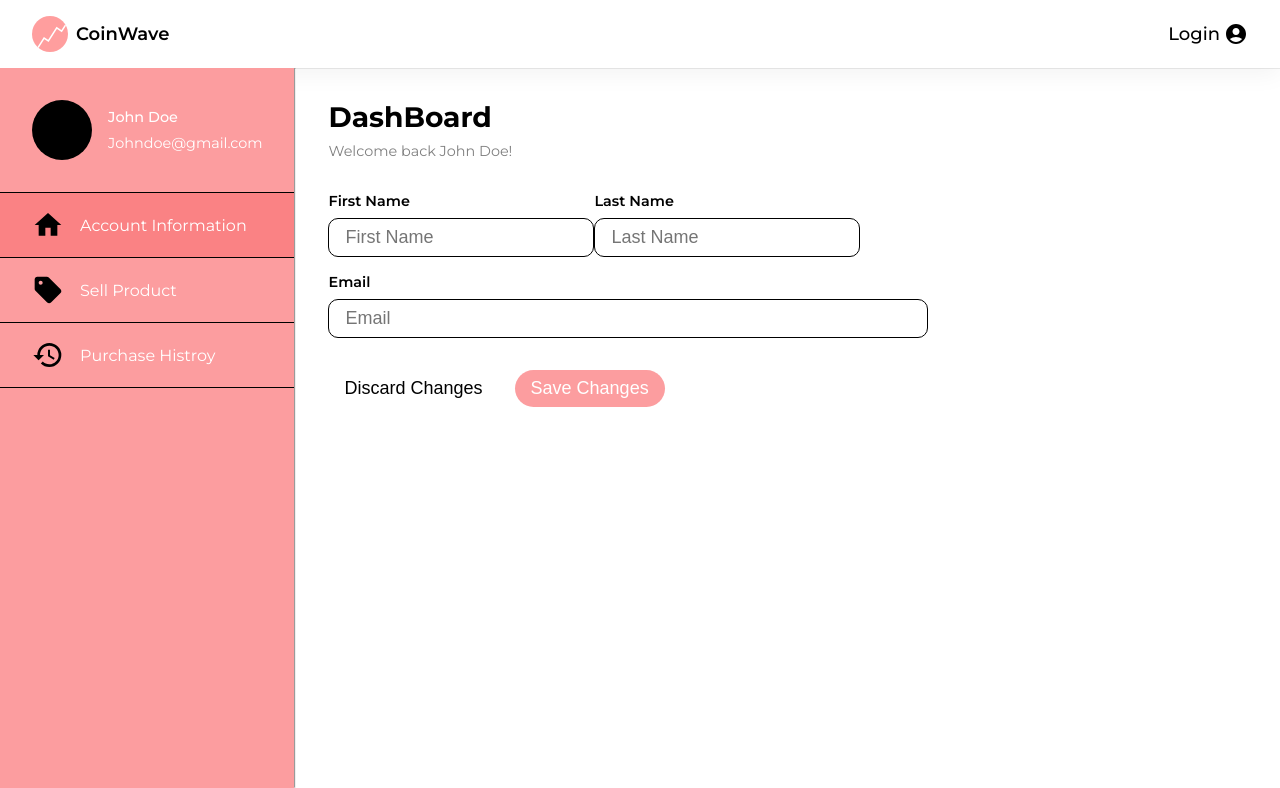
Repository: David-Waite/CoinWave
Page: /account
These files come from the project's save history. The page is drawn as it stood at one moment and after the next save; the edit follows.
The browser window is 1280 px wide. The pictures show the whole page.
The project was rebuilt for these pictures with package versions that can differ from the ones it lists, and the page was loaded fresh each time. The framework's server and built-in components were replaced by stand-ins that run in the browser. Also part of the build but not shown: next.config.js, app/components/account/SellProduct/SellProduct.js, app/components/account/PurchaseHistory/PurchaseHistory.js.

Above is the page before, as saved 2023-08-16 11:22:50.

### app/layout.js
import Nav from "./components/Nav/Nav";
import "./globals.css";
import { Montserrat } from "next/font/google";

const montserrat = Montserrat({ subsets: ["latin"] });

export const metadata = {
  title: "Coin Wave",
  description: "Generated by create next app",
};

export default function RootLayout({ children }) {
  return (
    <html lang="en">
      <body className={montserrat.className}>
        <Nav />
        {children}
      </body>
    </html>
  );
}

### app/account/page.js
"use client";
import styles from "./account.module.css";
import { useState } from "react";
import AccountMenu from "../components/account/AccountMenu/AccountMenu";
import AccountInformation from "../components/account/AccountInfomation/AccountInfomation";
import SellProduct from "../components/account/SellProduct/SellProduct";
import PurchaseHistroy from "../components/account/PurchaseHistory/PurchaseHistory";

export default function Account() {
  const [selected, setSelected] = useState({
    accountInformation: true,
    sellProduct: false,
    purchaseHistroy: false,
  });

  function handleMenuSelect(select) {
    setSelected({
      accountInformation: select === "accountInformation",
      sellProduct: select === "sellProduct",
      purchaseHistroy: select === "purchaseHistroy",
    });
  }

  return (
    <div className={styles.main}>
      <AccountMenu selected={selected} onClick={handleMenuSelect} />

      <hr />
      <main>
        {selected.accountInformation && <AccountInformation />}
        {selected.sellProduct && <SellProduct />}
        {selected.purchaseHistroy && <PurchaseHistroy />}
      </main>
    </div>
  );
}

### app/components/Nav/Nav.js
import styles from "./nav.module.css";
import Link from "next/link";
import { MdAccountCircle } from "react-icons/md";
export default function Nav() {
  return (
    <nav className={styles.main}>
      <Link className={styles.homeLink} href="/">
        <svg
          width="36"
          height="36"
          viewBox="0 0 36 36"
          fill="none"
          xmlns="http://www.w3.org/2000/svg"
        >
          <circle cx="18" cy="18" r="18" fill="#FF9E9E" />
          <mask
            id="mask0_7_9"
            style={{ maskType: "alpha" }}
            maskUnits="userSpaceOnUse"
            x="0"
            y="0"
            width="36"
            height="36"
          >
            <path
              d="M36 18C36 27.9411 27.9411 36 18 36C8.05887 36 0 27.9411 0 18C0 8.05887 8.05887 0 18 0C27.9411 0 36 8.05887 36 18Z"
              fill="#FF9E9E"
            />
          </mask>
          <g mask="url(#mask0_7_9)">
            <path
              d="M2.13416 37.6684L12.0865 22.0755L16.3706 24.9865L24.7305 11.8885L29.6267 15.2153L36.3942 4.61218"
              stroke="white"
              stroke-width="1.5"
            />
          </g>
        </svg>
        CoinWave
      </Link>
      <Link className={styles.loginLink} href="/login">
        Login <MdAccountCircle size={24} />
      </Link>
    </nav>
  );
}

### app/globals.css
:root {
  --primary: #fc9d9f;
}

* {
  margin: 0;
  padding: 0;
}

### app/components/account/AccountMenu/AccountMenu.js
import styles from "./accountMenu.module.css";
import { MdHistory, MdHome, MdSell } from "react-icons/md";
export default function AccountMenu(props) {
  function handleClick(select) {
    props.onClick(select);
  }

  const selectedP = {
    backgroundColor: "#fa8284",
  };

  return (
    <div className={styles.container}>
      <div className={styles.infoOverView}>
        <div className={styles.photo}></div>
        <div className={styles.overViewTextContainer}>
          <p className={styles.fullNameOverView}>John Doe</p>
          <p className={styles.emailOverView}>Johndoe@gmail.com</p>
        </div>
      </div>

      <div
        onClick={() => handleClick("accountInformation")}
        className={styles.linkContainer}
        style={Object.assign(props.selected.accountInformation && selectedP)}
      >
        <MdHome className={styles.menuIcons} />
        <p>Account Information</p>
      </div>

      <div
        onClick={() => handleClick("sellProduct")}
        className={styles.linkContainer}
        style={Object.assign(props.selected.sellProduct && selectedP)}
      >
        <MdSell className={styles.menuIcons} />
        <p>Sell Product</p>
      </div>

      <div
        onClick={() => handleClick("purchaseHistroy")}
        className={`${styles.linkContainer} ${styles.linkContainerBottom}`}
        style={Object.assign(props.selected.purchaseHistroy && selectedP)}
      >
        <MdHistory className={styles.menuIcons} />
        <p>Purchase Histroy</p>
      </div>
    </div>
  );
}

### app/components/account/AccountInfomation/AccountInfomation.js
"use client";
import styles from "./accountInformation.module.css";
import { useState } from "react";
import { useRouter } from "next/navigation";
import { MdSecurityUpdate } from "react-icons/md";

export default function AccountInformation() {
  const [formData, setFormData] = useState({
    firstName: "",
    lastNameName: "",
    email: "",
  });

  const router = useRouter();

  function handleChange(event) {
    const { type, name, value, checked } = event.target;
    setFormData((prevFormData) => {
      return {
        ...prevFormData,
        [name]: type === "checkbox" ? checked : value,
      };
    });
  }

  function handleSubmit(event) {
    event.preventDefault();

    router.push("/account");
  }

  return (
    <main className={styles.main}>
      <form onSubmit={handleSubmit}>
        <h1 className={styles.title}>DashBoard</h1>
        <p className={styles.welcomeText}>Welcome back {"John Doe"}!</p>

        <div className={styles.form}>
          <div className={styles.nameContainer}>
            <div className={styles.inputContainer}>
              <label className={styles.firstNameLable} htmlFor="firstName">
                First Name
              </label>
              <input
                className={styles.firstName}
                type="text"
                placeholder="First Name"
                onChange={handleChange}
                name="firstName"
                value={formData.firstName}
              />
            </div>
            <div className={styles.inputContainer}>
              <label className={styles.lastNameLable} htmlFor="lastName">
                Last Name
              </label>
              <input
                className={styles.firstName}
                type="text"
                placeholder="Last Name"
                onChange={handleChange}
                name="lastName"
                value={formData.lastName}
              />
            </div>
          </div>

          <div className={styles.inputContainer}>
            <label className={styles.emailLable} htmlFor="email">
              Email
            </label>
            <input
              className={styles.email}
              type="email"
              placeholder="Email"
              onChange={handleChange}
              name="email"
              value={formData.email}
            />
          </div>
        </div>
        <div className={styles.buttonContainer}>
          <button className={styles.discardChanges}>Discard Changes</button>
          <button className={styles.saveChanges}>Save Changes</button>
        </div>
      </form>
    </main>
  );
}

### app/components/Nav/nav.module.css
.main {
  display: flex;
  align-items: center;
  justify-content: space-between;
  padding: 16px 60px;
  box-shadow: rgba(0, 0, 0, 0.05) 0px 6px 24px 0px,
    rgba(0, 0, 0, 0.08) 0px 0px 0px 1px;
}

.homeLink {
  display: flex;
  align-items: center;
  gap: 8px;
  text-decoration: none;
  font-size: 18px;
  color: black;
  font-weight: 600;
}

.loginLink {
  display: flex;
  align-items: center;
  gap: 4px;
  font-size: 18px;
  text-decoration: none;
  color: black;
  font-weight: 500;
}

@media (max-width: 1600px) {
  .main {
    padding: 16px 32px;
  }
}
@media (max-width: 778px) {
  .main {
    padding: 16px;
  }
  .loginLink,
  .homeLink {
    font-size: 16px;
  }
}

### app/components/account/AccountMenu/accountMenu.module.css
.container {
  background-color: var(--primary);

  height: 100vh;
}

.infoOverView {
  display: flex;
  align-items: center;
  gap: 16px;

  padding: 32px;
}

.fullNameOverView {
  color: white;
  font-size: 14.4px;
  font-weight: 500;
}

.emailOverView {
  color: white;
  font-size: 14.4px;
}

.overViewTextContainer {
  display: flex;
  flex-direction: column;
  gap: 8px;
}

.linkContainer {
  padding: 16px 0;
  display: flex;
  align-items: center;
  gap: 16px;
  padding-left: 32px;
  border-top: 1px solid black;
  cursor: pointer;
}
.linkContainer:hover {
  background-color: #fa8284;
}

.menuIcons {
  font-size: 32px;
}

.linkContainerBottom {
  border-bottom: 1px solid black;
}

.linkContainer p {
  color: white;
}

.photo {
  width: 60px;
  height: 60px;
  background-color: black;
  border-radius: 50%;
}

### app/components/account/AccountInfomation/accountInformation.module.css
.main {
  padding: 32px;
  width: 600px;
}

.title {
  font-size: 28.13px;
}

.welcomeText {
  font-size: 14.4px;
  color: grey;
  margin-top: 8px;
}

.firstNameLable,
.lastNameLable,
.emailLable {
  font-size: 14.4px;
  font-weight: 600;
}

.firstName,
.lastName,
.email {
  border: 1px solid black;
  padding: 8px 16px;
  font-size: 18px;
  border-radius: 10px;
}

.form {
  padding: 32px 0;
  display: flex;
  flex-direction: column;
  gap: 16px;
}

.inputContainer {
  display: flex;
  flex-direction: column;
  gap: 8px;
}

.buttonContainer {
  display: flex;
  gap: 16px;
}
.discardChanges,
.saveChanges {
  cursor: pointer;
  border: none;
  padding: 8px 16px;
  border-radius: 50px;
  font-size: 18px;
}

.discardChanges {
  color: black;
  background-color: transparent;
}
.nameContainer {
  display: flex;
}

.saveChanges {
  background-color: var(--primary);
  color: white;
}

Loaded but not shown: app/account/account.module.css (common file)

After the next save:
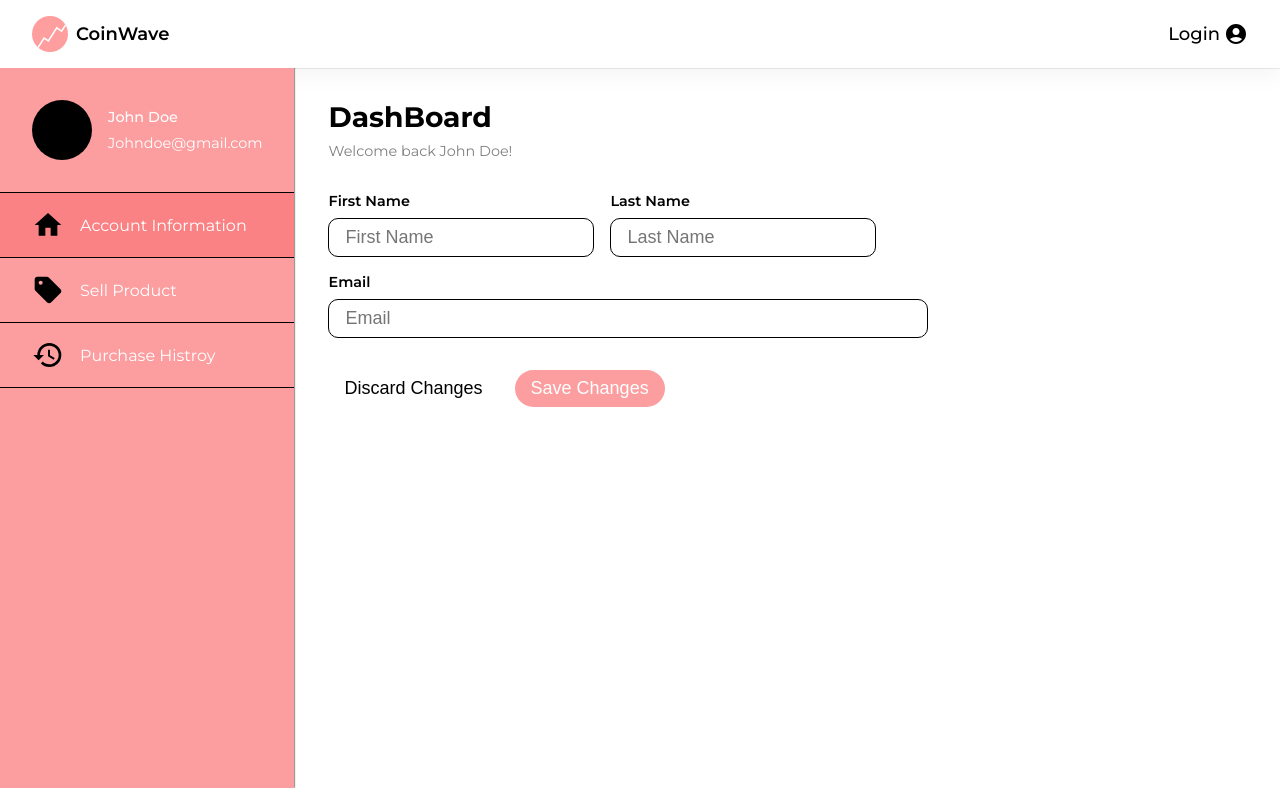
Saved 4 s later.
--- a/app/components/account/AccountInfomation/accountInformation.module.css
+++ b/app/components/account/AccountInfomation/accountInformation.module.css
@@ -61,6 +61,7 @@
 }
 .nameContainer {
   display: flex;
+  gap: 16px;
 }
 
 .saveChanges {
